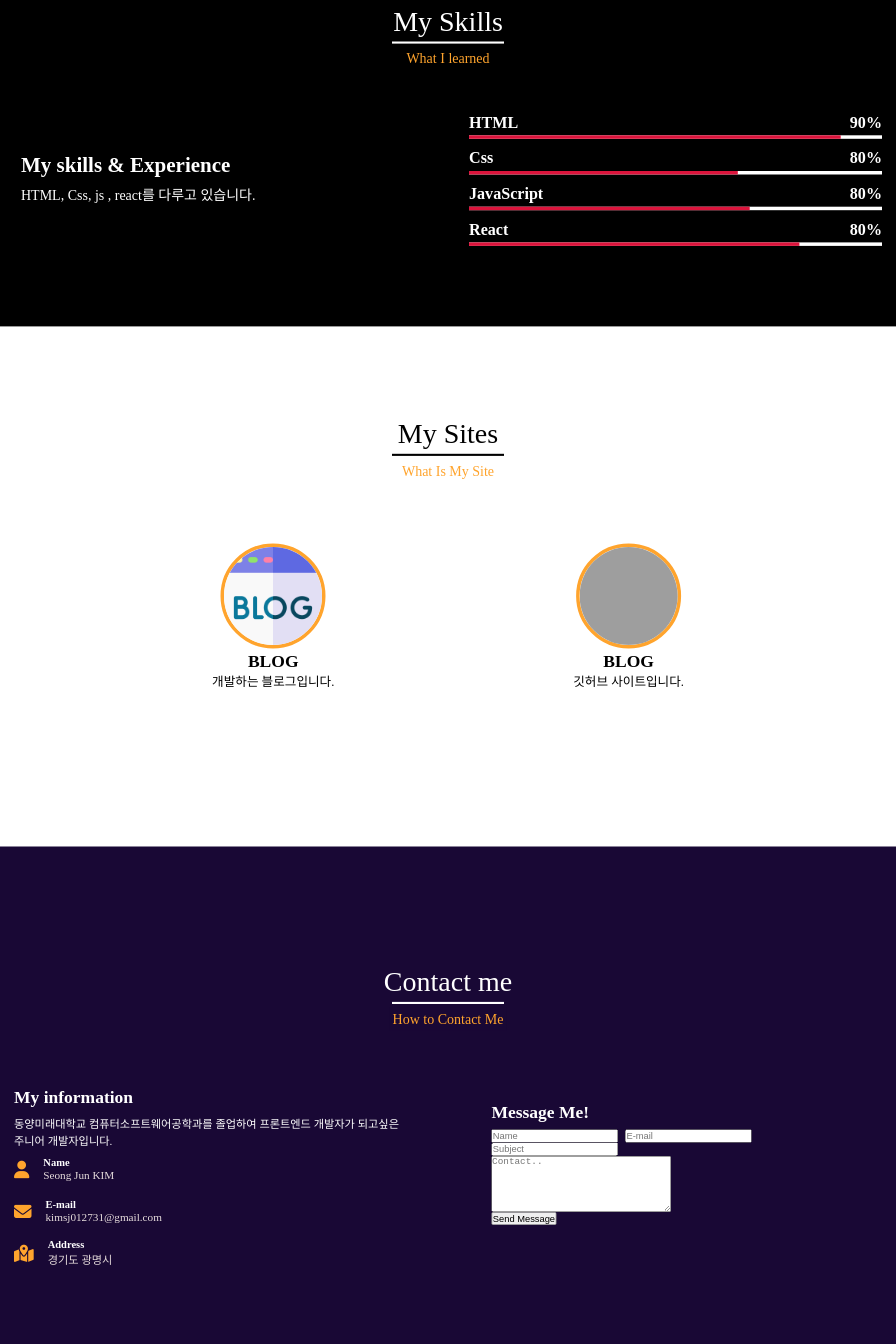
Repository: jun01270/jun
Page: index.html
These files come from the project's save history. The page is drawn as it stood at one moment and after the next save; the edit follows.
The browser window is 1280 px wide. The pictures show the part of the page from y = 1836 to 3756 px (the page is 3756 px tall), at 70% of full size.
Pictures or frames that could not be fetched are drawn as grey boxes. Some web libraries are served in a nearby version.

Above is the page before, as saved 2023-05-11 16:32:44.

### index.html
<!DOCTYPE html>
<html lang="en">
  <head>
    <meta charset="UTF-8" />
    <meta http-equiv="X-UA-Compatible" content="IE=edge" />
    <meta name="viewport" content="width=device-width, initial-scale=1.0" />
    <link rel="stylesheet" href="./css/style.css" />
    <link rel="stylesheet" href="./css/home.css" />
    <link rel="stylesheet" href="./css/about.css" />
    <link rel="stylesheet" href="./css/skills.css" />
    <link rel="stylesheet" href="./css/mysites.css" />
    <link rel="stylesheet" href="./css/contact.css" />

    <script
      src="https://kit.fontawesome.com/252eac6dbf.js"
      crossorigin="anonymous"
    ></script>
    <title>Jun's site</title>
  </head>
  <body>
    <nav class="navbar">
      <div class="max-width">
        <div class="logo">
          <a href="#home">Jun's <span>Site</span></a>
        </div>
        <ul class="menu-bar">
          <li><a href="#home" class="menu-btn" id="homeID">Home</a></li>
          <li><a href="#about" class="menu-btn" id="homeID">About</a></li>
          <li><a href="#skills" class="menu-btn">Skills</a></li>
          <li><a href="#my-sites" class="menu-btn">My Sties</a></li>
          <li><a href="#contact" class="menu-btn">Contact</a></li>
        </ul>
      </div>
    </nav>

    <!--home섹션-->
    <section class="home" id="home">
      <div class="max-width">
        <div class="home-section">
          <div class="text-1">Hello! My Name is</div>
          <div class="text-2">Seong Jun KIM</div>
          <div class="text-3">My skills <span class="typing1">HTML</span></div>
        </div>
      </div>
    </section>

    <!--about섹션-->
    <section class="about" id="about">
      <div class="max-width">
        <h2 class="title">About</h2>
        <div class="about-content">
          <div class="left-column"><img src="./img/profile.jpg" /></div>
          <div class="right-column">
            <div class="about-text">I'm Seong Jun KIM</div>
            <div class="about-skills">
              My skills <span class="typing2">HTML</span>
            </div>
            <p>
              안녕하세요 프론트엔드 개발자를 꿈꾸는 주니어 개발자 김성준입니다.
            </p>
          </div>
        </div>
      </div>
    </section>

    <!--skills섹션-->
    <section class="skills" id="skills">
      <div class="max-width">
        <h2 class="title">My Skills</h2>
        <div class="skills-content">
          <div class="left-column">
            <div class="skills-text">
              <div class="sub-title">My skills & Experience</div>
              <p>HTML, Css, js , react를 다루고 있습니다.</p>
            </div>
          </div>
          <div class="right-column">
            <div class="bars">
              <div class="bars-content">
                <span>HTML</span>
                <span>90%</span>
              </div>
              <div class="line html"></div>
            </div>
            <div class="bars">
              <div class="bars-content">
                <span>Css</span>
                <span>80%</span>
              </div>
              <div class="line css"></div>
            </div>
            <div class="bars">
              <div class="bars-content">
                <span>JavaScript</span>
                <span>80%</span>
              </div>
              <div class="line js"></div>
            </div>
            <div class="bars">
              <div class="bars-content">
                <span>React</span>
                <span>80%</span>
              </div>
              <div class="line react"></div>
            </div>
          </div>
        </div>
      </div>
    </section>

    <!--My sties섹션-->
    <section class="my-sites">
      <div class="max-width">
        <h2 class="title">My Sites</h2>
        <div class="my-sites-content">
          <div class="left-column">
            <a href="https://web-jun.tistory.com/" target="_blank">
              <div class="site">
                <div class="site-images">
                  <img src="/img/blog.jpg" alt="" />
                  <div class="site-text">BLOG</div>
                  <p>개발하는 블로그입니다.</p>
                </div>
              </div>
            </a>
          </div>
          <div class="right-column">
            <a href="https://github.com/jun01270" target="_blank">
              <div class="site">
                <div class="site-images">
                  <img src="/img/github.jpg" alt="" />
                  <div class="site-text">BLOG</div>
                  <p>깃허브 사이트입니다.</p>
                </div>
              </div>
            </a>
          </div>
        </div>
      </div>
    </section>

    <!--Contact 섹션-->
    <section class="contact">
      <div class="max-width">
        <h2 class="title">Contact me</h2>
        <div class="contact-content">
          <div class="left column">
            <div class="contact-text">My information</div>
            <p>
              동양미래대학교 컴퓨터소프트웨어공학과를 졸업하여 프론트엔드
              개발자가 되고싶은 주니어 개발자입니다.
            </p>
            <div class="icons-content">
              <i class="fas fa-user"></i>
              <div class="info">
                <div class="head">Name</div>
                <div class="tail">Seong Jun KIM</div>
              </div>
            </div>
            <div class="icons-content">
              <i class="fas fa-envelope"></i>
              <div class="info">
                <div class="head">E-mail</div>
                <div class="tail">kimsj012731@gmail.com</div>
              </div>
            </div>
            <div class="icons-content">
              <i class="fas fa-map-marked-alt"></i>
              <div class="info">
                <div class="head">Address</div>
                <div class="tail">경기도 광명시</div>
              </div>
            </div>
          </div>
          <div class="right column">
            <div class="contact-text">Message Me!</div>
            <form action="#">
              <div class="fields">
                <div class="fields name">
                  <input type="text" placeholder="Name" />
                </div>
                <div class="fields Email">
                  <input type="email" placeholder="E-mail" />
                </div>
              </div>
              <div class="fields subject">
                <input type="text" placeholder="Subject" />
              </div>
              <div class="fields contact-area">
                <textarea
                  cols="30"
                  rows="10"
                  placeholder="Contact.. "
                  required
                ></textarea>
              </div>
              <div class="button">
                <button type="submit">Send Message</button>
              </div>
            </form>
          </div>
        </div>
      </div>
    </section>

    <!--Footer섹션-->
    <footer></footer>

    <!--JS섹션-->
  </body>
</html>

### css/style.css
@import url("https://fonts.googleapis.com/css2?family=Lora&display=swap");

* {
  margin: 0;
  padding: 0;
  box-sizing: border-box;
  text-decoration: none;
}

.home .about .skills .my-sites .contact {
  padding-top: 86px;
}

html {
  scroll-behavior: smooth;
}

.max-width {
  max-width: 1300px;
  padding: 0 20px;
  margin: auto;
}

.section {
  padding: 100px 0;
}

/* .about, .skills, .my-sites, .contact, .footer{
    //폰트삽입
} */

.about .title,
.skills .title,
.my-sites .title,
.contact .title {
  position: relative;
  text-align: center;
  font-size: 40px;
  font-weight: 500;
  margin: 30px 0 100px 0;
  padding-bottom: 8px;
}

.about .title::before,
.skills .title::before,
.my-sites .title::before,
.contact .title::before {
  content: "";
  position: absolute;
  bottom: 0px;
  left: 50%;
  width: 160px;
  height: 3px;
  background-color: black;
  transform: translateX(-50%);
}

.title::after {
  content: "";
  position: absolute;
  bottom: -38px;
  left: 50%;
  font-size: 20px;
  color: rgb(255, 164, 45);
  padding: 5px;
  background-color: white;
  transform: translateX(-50%);
}

.about .about-content,
.skills .skills-content,
.my-sites .my-sites-content,
.contact .contact-content {
  display: flex;
  align-items: center;
  flex-wrap: wrap;
  justify-content: space-between;
}

.navbar {
  position: relative;
  width: 100%;
  padding: 20px 0;
  z-index: 999;
  transition: all 0.3s ease;
  background-color: burlywood;
}

.navbar .max-width {
  display: flex;
  align-items: center;
  justify-content: space-between;
}

.navbar .logo {
  font-size: 30px;
  font-weight: 600;
  margin-left: 20px;
  color: black;
}

.navbar .logo a {
  color: white;
  text-decoration: none;
}

.navbar .logo a span {
  color: orange;
  transition: all 0.3s ease;
}

.navbar .menu-bar li {
  list-style: none;
  margin: 5px 20px 0 0;
  display: inline-block;
}

.navbar .menu-bar li a {
  display: block;
  text-decoration: none;
  font-size: 20px;
  font-weight: 500;
  margin-left: 15px;
  transition: all 0.3s ease;
}

.menu-bar li:hover {
  background-color: orange;
  border-radius: 3px;
}

.navbar.sticky {
  padding: 20px 0;
  background-color: black;
}

.navbar.sticky .logo a span {
  color: white;
}

.navbar.sticky .menu-bar li a:hover {
  color: white;
}

.navbar .menu-btn {
  color: white;
  font-size: 25px;
  display: none;
  cursor: pointer;
}

@media screen and (max-width: 700px) {
  .navbar {
    flex-direction: column;
    align-items: flex-start;
    margin: 0;
  }

  .menu-bar {
    flex-direction: column;
    align-items: center;
    width: 100%;
  }

  .menu-bar li {
    width: 100%;
    text-align: center;
  }
}

### css/home.css
.home {
  display: flex;
  height: 100vh;
  min-height: 500px;
  color: white;
  background: url("../img/back.jpg") no-repeat center;
  background-size: cover;
}

.home .max-width {
  margin: auto 0 auto 40px;
}

.home .home-section .text1 {
  font-size: 30px;
}

.home .home-section .text2 {
  font-size: 75px;
  font-weight: 600;
}

.home .home-section .text-3 {
  font-size: 40px;
}

.home .home-section .text-3 span {
  color: orange;
  font-weight: 500;
}

### css/about.css
.about {
  padding: 100px 0;
  transition: all 0.3s ease;
}

.about .title::after {
  content: "Who I am";
  background-color: white;
}

.about .about-content {
  margin-bottom: 100px;
}

.about .about-content .left-column {
  width: 45%;
}

.about .about-content .left-column img {
  height: 400px;
  width: 400px;
  object-fit: cover;
  border-radius: 6px;
}

.about .about-content .right-column {
  width: 55%;
  margin-bottom: 50px;
}

.about .about-content .right-column .about-text,
.about .about-content .right-column .about-skills {
  font-size: 30px;
  font-weight: 600;
  margin-bottom: 10px;
}

.about .about-content .right-column .about-skills span {
  color: orange;
}

.about .about-content .right-column P {
  text-align: justify;
  font-size: 20px;
}

### css/skills.css
.skills {
  padding: 100px 0;
  transition: all 0.3s ease;
}

.skills .title {
  padding-top: 30px;
}

.skills .title::before {
  background-color: white;
}

.skills .title::after {
  content: "What I learned";
  background-color: black;
}

.skills {
  color: white;
  background-color: black;
  padding-bottom: 100px;
}

.skills .sub-title {
  font-size: 30px;
  font-weight: 600;
  padding-bottom: 10px;
}

.skills .skills-content .left-column,
.skills .skills-content .right-column {
  width: calc(50% - 30px);
}

.skills .skills-content .left-column .skills-text {
  font-size: 23px;
  font-weight: 300;
  margin: 0 0 20px 10px;
  text-align: justify;
}

.skills .skills-content .left-column p {
  font-size: 20px;
}

.skills .skills-content .right-column .bars {
  margin-bottom: 15px;
}

.skills .skills-content .right-column .bars-content {
  display: flex;
  margin-bottom: 5px;
  align-items: center;
  justify-content: space-between;
}

.skills .skills-content span {
  font-size: 23px;
  font-weight: 600;
}

.skills .skills-content .right-column .line {
  height: 5px;
  background-color: white;
  width: 100%;
  position: relative;
}

.skills .skills-content .right-column .line::before {
  content: "";
  position: absolute;
  height: 100%;
  left: 0;
  top: 0;
  background-color: crimson;
}

.skills .skills-content .right-column .html::before {
  width: 90%;
}

.skills .skills-content .right-column .css::before {
  width: 65%;
}

.skills .skills-content .right-column .js::before {
  width: 68%;
}

.skills .skills-content .right-column .react::before {
  width: 80%;
}

### css/mysites.css
.my-sites {
  padding: 100px 0;
  transition: all 0.3s ease;
}

.my-sites .title::after {
  content: "What Is My Site ";
}

.my-sites .my-sites-content {
  margin-bottom: 100px;
}

.my-sites .my-sites-content .left-column {
  margin-left: 20%;
}

.my-sites .my-sites-content .right-column {
  margin-right: 20%;
}

.my-sites .my-sites-content a {
  display: flex;
  text-align: center;
  color: black;
}

.my-sites .my-sites-content a,
.my-sites .my-sites-content a:visited,
.my-sites .my-sites-content a:active,
.my-sites .my-sites-content a:hover {
  text-decoration: none;
}

.my-sites .my-sites-content .site {
  background-color: white;
  border-radius: 6px;
  padding: 25px 35px;
  transition: all 0.3s ease;
}

.my-sites .my-sites-content .site img {
  height: 150px;
  width: 150px;
  object-fit: cover;
  border-radius: 50%;
  border: 5px solid rgb(255, 164, 45);
  transition: all 0.3 ease;
}

.my-sites .my-sites-content .site-text {
  font-size: 25px;
  font-weight: 600;
}

.my-sites .my-sites-content p {
  font-size: 18px;
  text-align: justify;
}

.my-sites .my-sites-content .site:hover {
  background-color: rgb(25, 8, 53);
  color: white;
  transform: scale(1.05);
}

.my-sites .my-sites-content .site:hover img {
  border-color: white;
}

### css/contact.css
.contact {
  color: white;
  background-color: rgb(25, 8, 53);
  padding-bottom: 50px;
  padding: 100px 0;
  transition: all 0.3s ease;
}

.contact .title {
  padding-top: 40px;
  margin-bottom: 120px;
  color: white;
}

.contact .title::before {
  background-color: white;
}

.contact .title::after {
  content: "How to Contact Me";
  background-color: rgb(25, 8, 53);
}

.contact .contact-content .column {
  width: 45%;
}

.contact .contact-content .contact-text {
  font-size: 25px;
  font-weight: 600;
  padding-bottom: 10px;
}

.contact .contact p {
  font-size: 15px;
  text-align: justify;
}

.contact .contact-content .left .icons {
  margin: 15px 0;
}

.contact .contact-content .icons-content {
  display: flex;
  align-items: center;
  height: 60px;
}

.contact .contact-content .icons-content i {
  margin-right: 20px;
  font-size: 25px;
  color: rgb(255, 164, 45);
}

.contact .contact-content .icons-content .info .head {
  font-weight: 600;
  font-size: 15px;
}

.contact .contact-content .icons-content .info .tail {
  color: rgb(230, 220, 220);
}

.contact .contact-content .fields {
  display: flex;
}

.contact .contact-content .field,
.contact .contact-content .fields .field {
  height: 40px;
  width: 100%;
  margin-bottom: 15px;
}

.contact .contact-content .right {
  margin-bottom: 50px;
}

.contact .contact-content .right .contact-area {
  height: 80px;
  width: 100%;
}

.contact .right form .name {
  margin-right: 10px;
}

.contact .right form .email {
  margin-left: 10px;
}

After the next save:
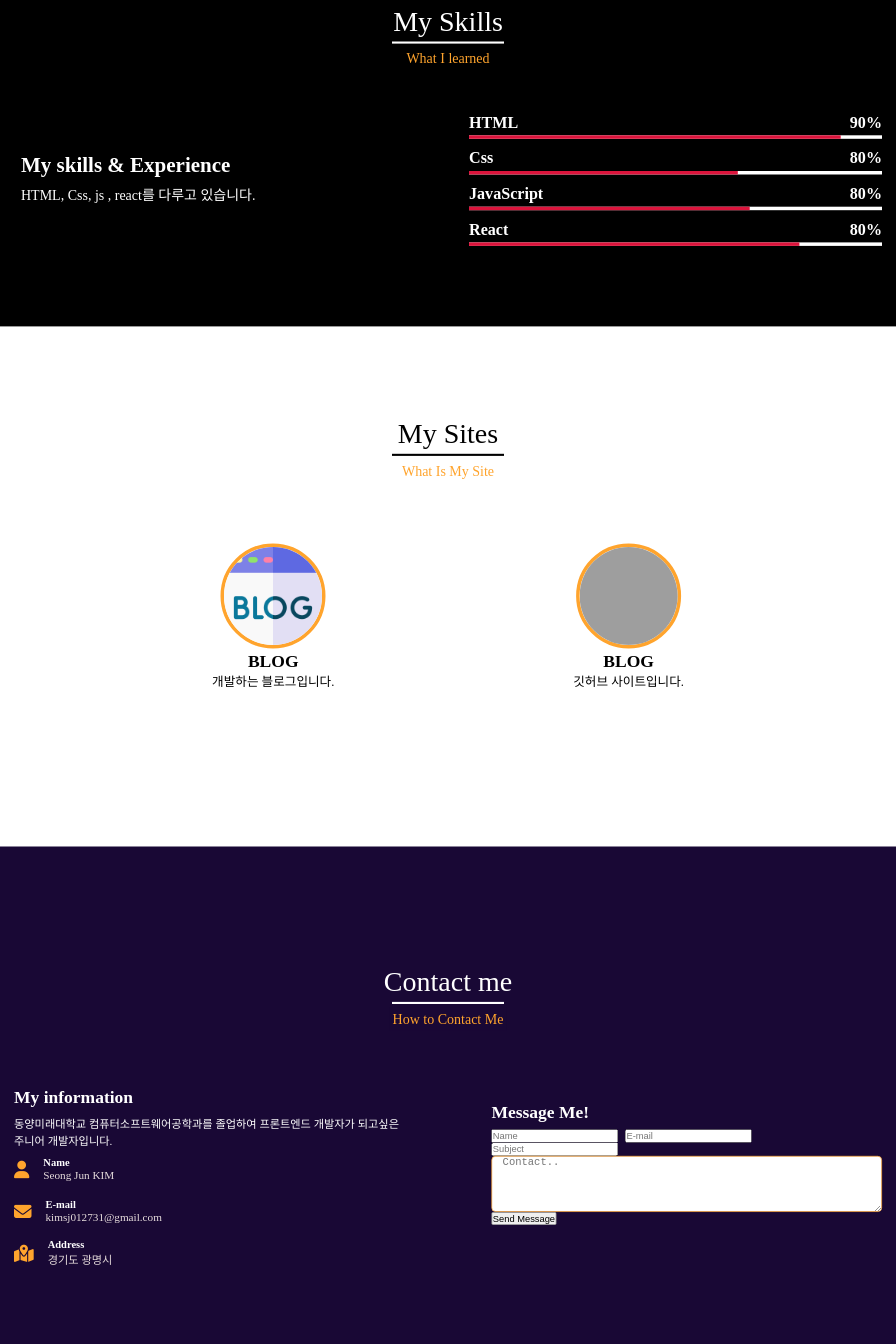
Saved 4 min 34 s later.
--- a/css/contact.css
+++ b/css/contact.css
@@ -88,3 +88,14 @@
 .contact .right form .email {
   margin-left: 10px;
 }
+
+.contact .right form .field input,
+.contact .right form .contact-area textarea {
+  height: 100%;
+  width: 100%;
+  border: 1px solid rgb(255, 164, 45);
+  border-radius: 6px;
+  outline: none;
+  padding: 0 15px;
+  font-size: 15px;
+}
